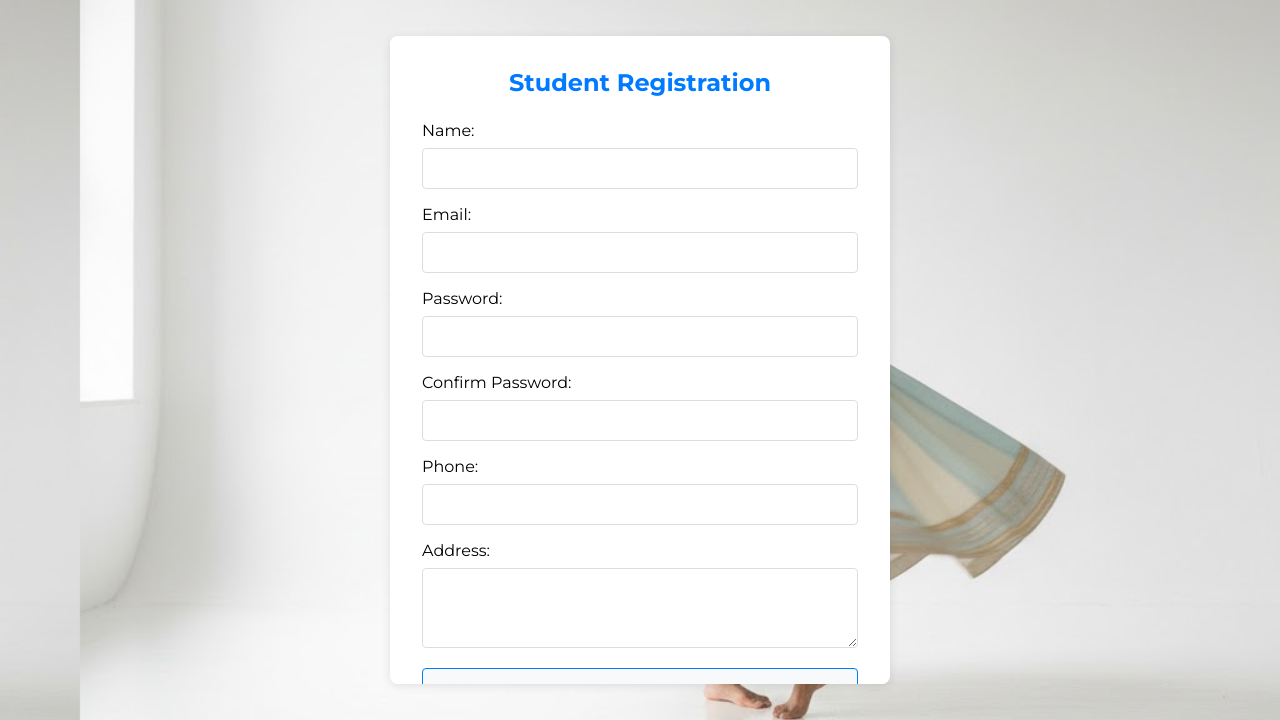
Repository: Priyadharshini-J-CSE/StepSync_Dance_Mangement_System
Page: /user-register (app in frontend/)
These files come from the project's save history. The page is drawn as it stood at one moment and after the next save; the edit follows.
The browser window is 1280 px wide. The pictures show the whole page.
An inner scrolling area shows only its first screen. Some web fonts or font styles are not loaded; a fallback is used. Some web libraries are served in a nearby version. The project was rebuilt for these pictures with package versions that can differ from the ones it lists, and the page was loaded fresh each time. Also part of the build but not shown: frontend/src/index.css, frontend/src/pages/LandingPage.js, frontend/src/components/Alert.js, frontend/src/pages/UserLogin.js, frontend/src/pages/AdminLogin.js, frontend/src/pages/AdminRegister.js, frontend/src/pages/ForgotPassword.js, frontend/src/components/Navbar.js and 17 more.

Above is the page before, as saved 2025-12-18 10:48:53.

After the next save:
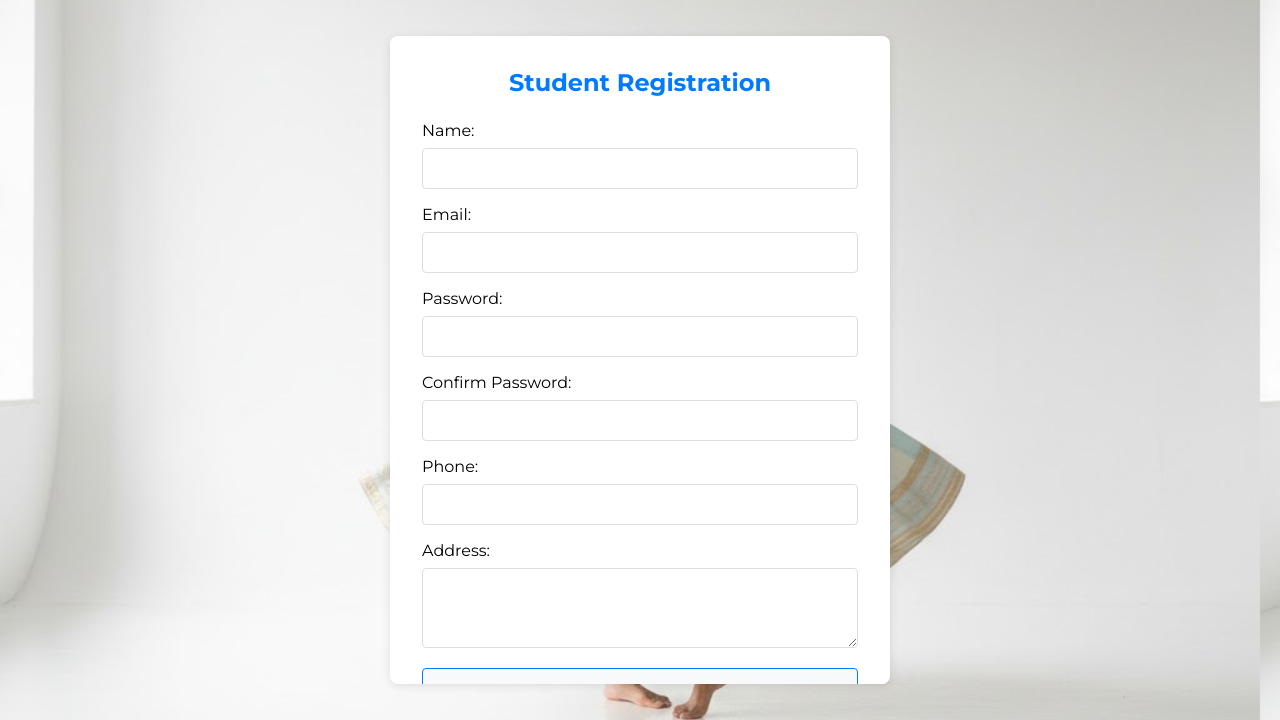
Saved 7 s later.
--- a/frontend/src/pages/UserRegister.js
+++ b/frontend/src/pages/UserRegister.js
@@ -65,7 +65,7 @@ const UserRegister = () => {
       padding: '1rem',
       backgroundImage: 'url(/image.jpg)',
       backgroundSize: 'cover',
-      backgroundPosition: 'bottom 30% right 1200px',
+      backgroundPosition: 'bottom 30% right 1300px',
       backgroundAttachment: 'fixed'
     }}>
       <form onSubmit={handleSubmit} style={{
